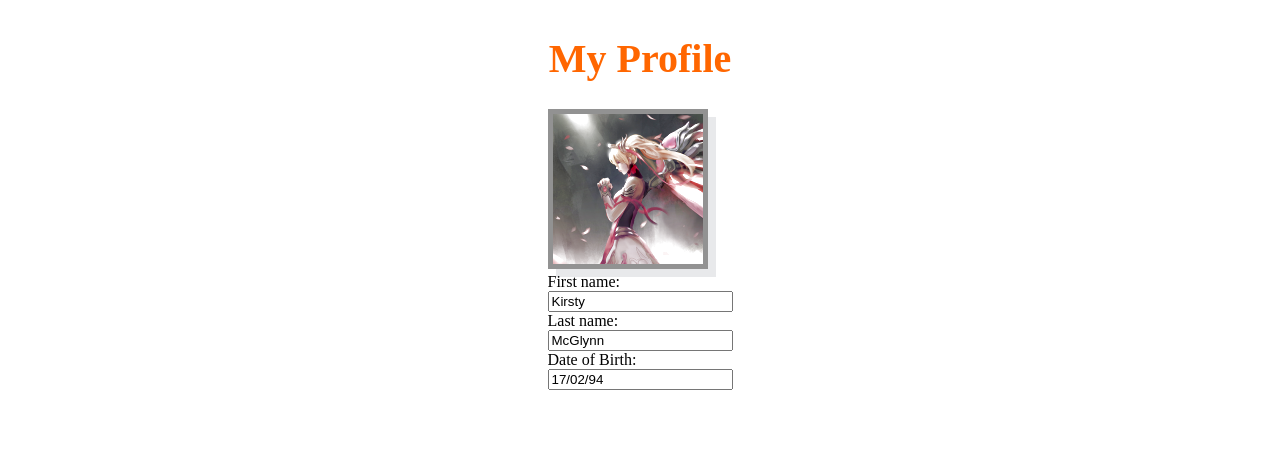
Repository: KLM94/profile
Page: /
An editor plug-in stored every save of this project. The page is shown before and after the next save, followed by the edit.
The browser window is 1280 px wide. The pictures show the whole page.
The project was rebuilt for these pictures with package versions that can differ from the ones it lists, and the page was loaded fresh each time.

Above is the page before, as saved 2020-10-27 16:56:44.

After the next save:
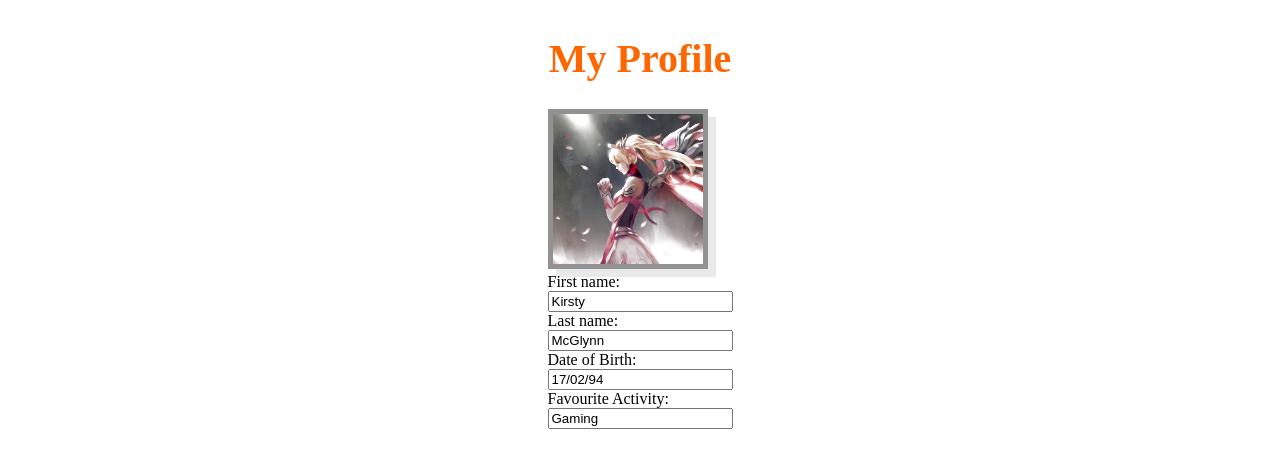
Saved 81 s later.
--- a/src/Components/Profile.jsx
+++ b/src/Components/Profile.jsx
@@ -23,7 +23,13 @@
         <label>
           Date of Birth:
           <br />
-          <input type="text" name="Date of Birth" value="17/02/94" />
+          <input type="text" name="date of birth" value="17/02/94" />
+        </label>
+        <br />
+        <label>
+          Favourite Activity:
+          <br />
+          <input type="text" name="favourite activity" value="Gaming" />
         </label>
         <br />
       </form>
